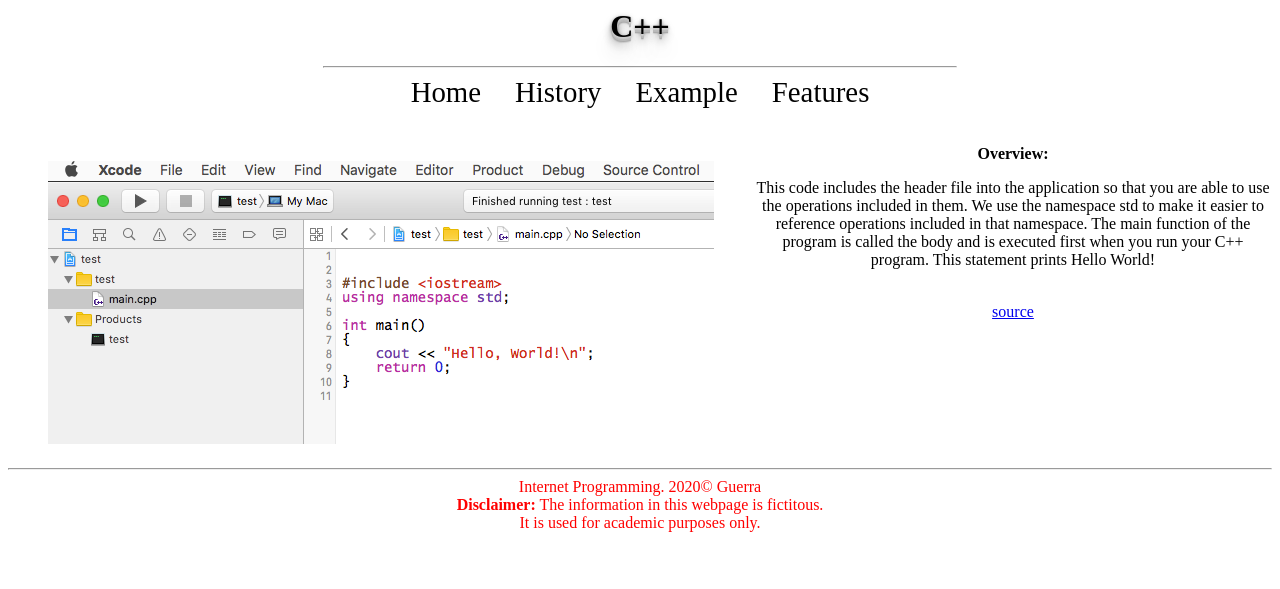
Repository: EricG831/a1
Page: a1/Example.html
The author's editor kept a record of every edit. The page is drawn from the files as they stood at one moment, then again after the next edit.
The browser window is 1280 px wide. The pictures show the whole page.
Some web fonts or font styles are not loaded; a fallback is used.

Above is the page before.

After the next edit:
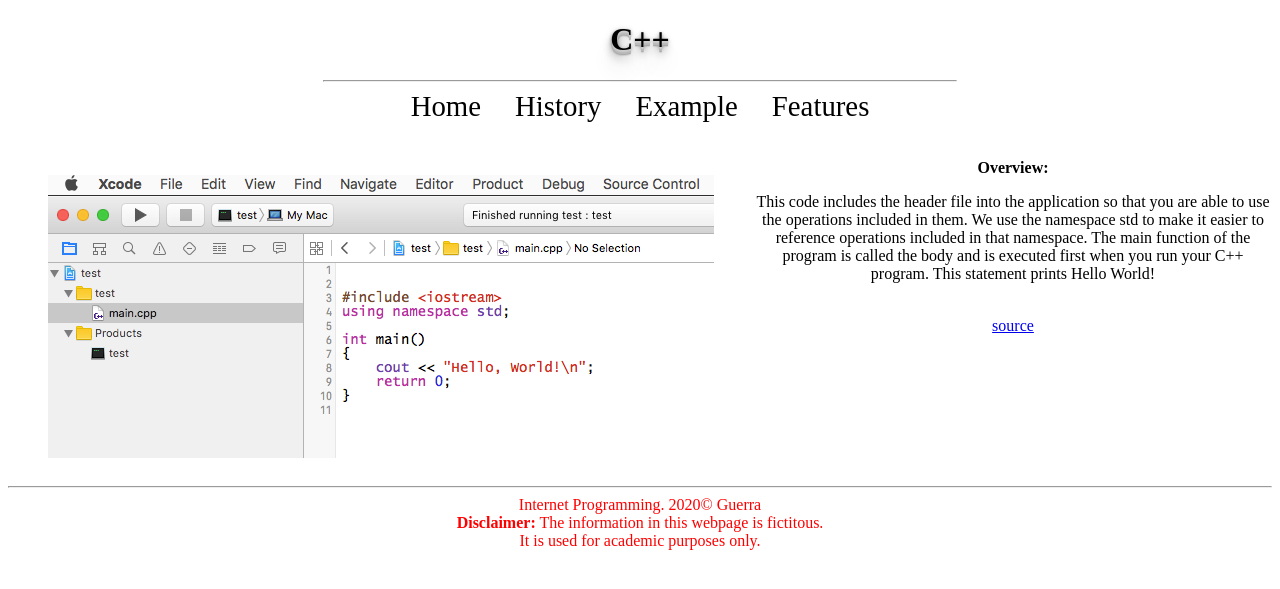
The edit:
--- a/a1/Example.html
+++ b/a1/Example.html
@@ -1,6 +1,7 @@
-<html>
+<!DOCTYPE html>
+<html lang="en">
     <head>
-        <meta char=”utf-8” />
+        <meta http-equiv="Content-Type" content="text/html; charset=utf-8"/>
         <title>C++</title>
         <link href="https://fonts.googleapis.com/css?family=Pacific" rel="stylesheet">
         <style>
